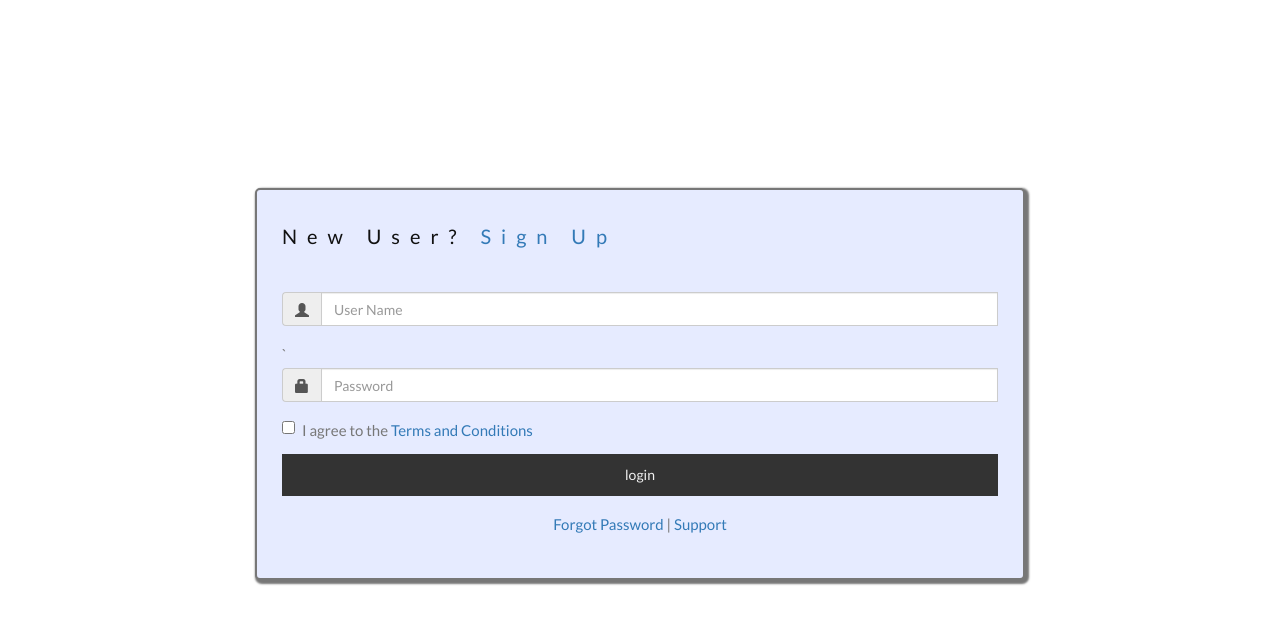
Repository: MokashiN/TestRepository
Page: http://localhost/MyChatApp/WEB-INF/views/Login.jsp
The author's editor kept a copy of each file at every save. The page is drawn from the files as they stood at one save, then again after the next save.
The browser window is 1280 px wide. The pictures show the whole page.
The page is served by Tomcat 9. Nobody is signed in. The template is opened directly, without the code that normally fills it, so the values that code supplies are empty.

Above is the page before, as saved 2016-08-30 12:28:22.

After the next save:
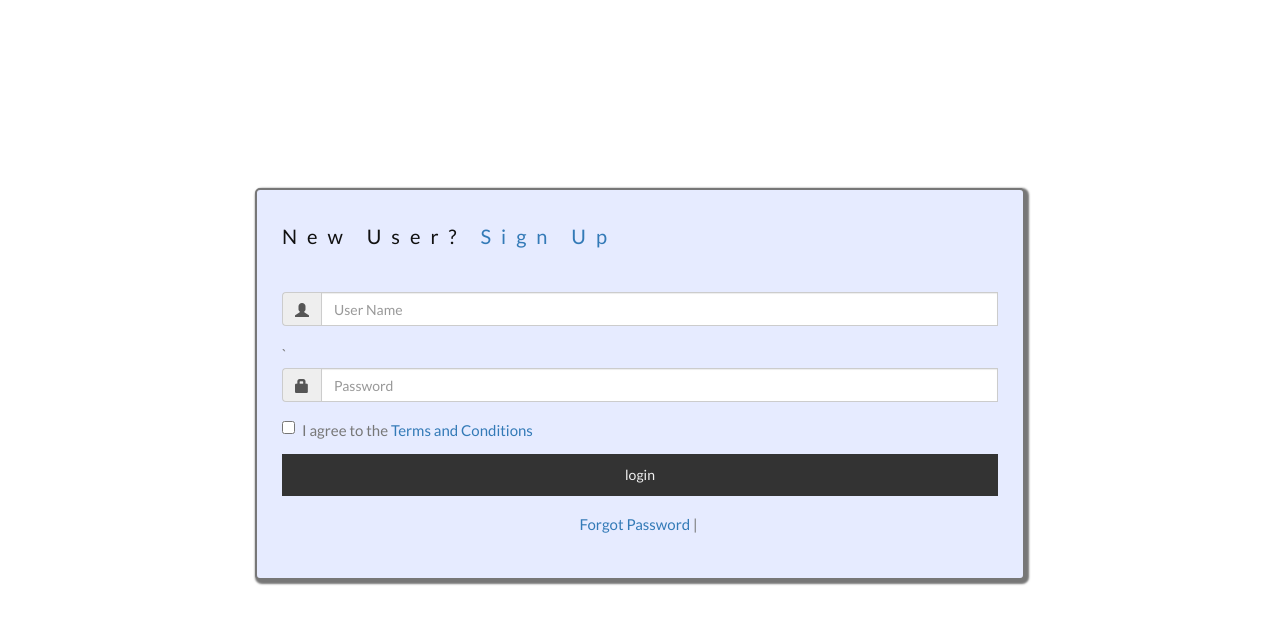
Saved 58 s later.
--- a/MyChatApp/src/main/webapp/WEB-INF/views/Login.jsp
+++ b/MyChatApp/src/main/webapp/WEB-INF/views/Login.jsp
@@ -16,7 +16,8 @@
     <div class="Absolute-Center is-Responsive">
       <div id="logo-container"></div>
       <div class="col-sm-12 col-md-10 col-md-offset-1">
-      <br/><br/><br/><br/>
+      <br/><br/><br/><br/
+      >
       <div style="border:2px solid;padding:25px;border-radius:5px 5px 5px 5px;box-shadow:2px 2px 2px 2px;background-color:#e6ebff">
       <div class="form-group input-group">
 
@@ -44,7 +45,7 @@
       		<input type="hidden" name="${_csrf.parameterName}" value="${_csrf.token}" />
       		</div>
       		<div class="form-group text-center">
-            <a href="#">Forgot Password</a>&nbsp;|&nbsp;<a href="#">Support</a>
+            <a href="#">Forgot Password</a>&nbsp;|&nbsp;
           </div>
      </form>
       </div>
